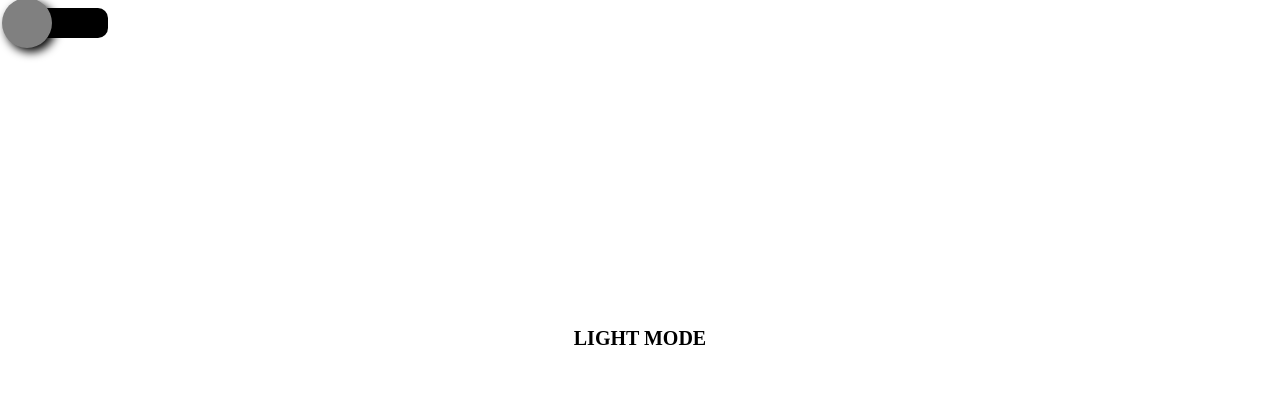
Repository: Eugene44-hub/darkmode-lightmode
Page: index.html
The author's editor kept a copy of each file at every save. The page is drawn from the files as they stood at one save, then again after the next save.
The browser window is 1280 px wide. The pictures show the whole page.

Above is the page before, as saved 2021-09-13 02:00:03.

### index.html
<!DOCTYPE html>
<html lang="en">

<head>
    <meta charset="UTF-8">
    <meta http-equiv="X-UA-Compatible" content="IE=edge">
    <meta name="viewport" content="width=device-width, initial-scale=1.0">
    <title>Document</title>
    <link rel="stylesheet" href="style.css">
</head>

<body>

    <div class="box">
        <div class="circle"></div>
    </div>

    <div class="container">
        <p> Light mode</p>
    </div>

    <!-- <div class="square"></div>
    <div class="circle"></div> -->
    <script src="app.js"></script>
</body>

</html>

### style.css
body {
    height: 600px;
    transition: all 0.5s;
}

p {
    margin: auto;
    font-size: 30px;
    font-weight: bold;
    text-transform: uppercase;
    text-align: center;
    font-size: 20px;
}

.box {
    background-color: black;
    height: 30px;
    width: 100px;
    position: relative;
    transition: all 0.5s;
    border-radius: 10px;
}

.container {
    height: 600px;
    display: flex;
}

.circle {
    top: -10px;
    background-color: grey;
    height: 50px;
    width: 50px;
    box-shadow: 4px 4px 10px black;
    border-radius: 50%;
    position: absolute;
    left: -6px;
    transition: all 0.5s;
}

### app.js
const circle = document.querySelector('.circle');
const box = document.querySelector('.box');
const text = document.querySelector('p');
circle.addEventListener('click', e => {
    if (circle.style.left == '-6px') {
        document.body.style.backgroundColor = 'black';
        circle.style.left = '50px'
        box.style.backgroundColor = 'white'
        text.style.color = 'white';
        text.textContent = 'dark mode'

    } else {
        circle.style.left = '-6px'
        document.body.style.backgroundColor = 'white';
        text.style.color = 'black';
        box.style.backgroundColor = 'black';
        text.textContent = 'light mode';
    }
})

After the next save:
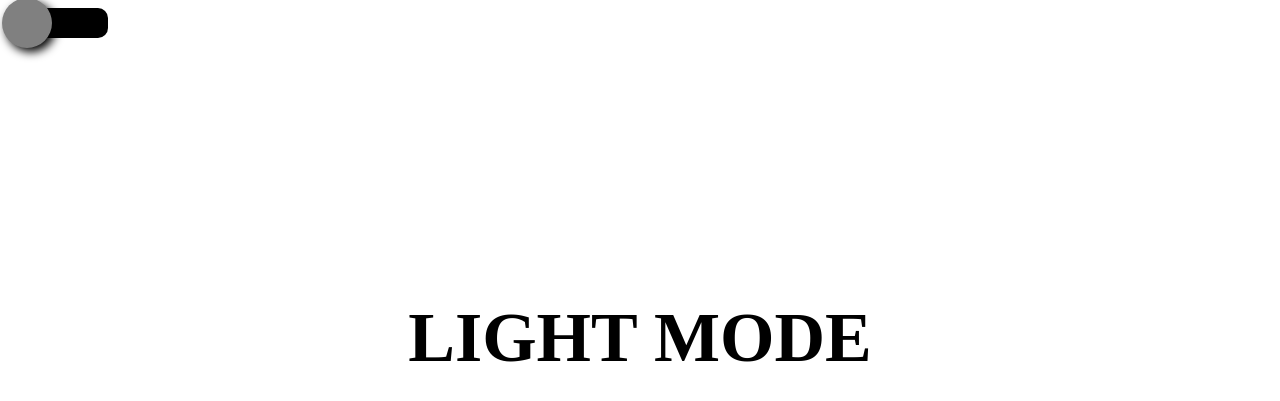
Saved 6 s later.
--- a/style.css
+++ b/style.css
@@ -9,7 +9,7 @@ p {
     font-weight: bold;
     text-transform: uppercase;
     text-align: center;
-    font-size: 20px;
+    font-size: 70px;
 }
 
 .box {
